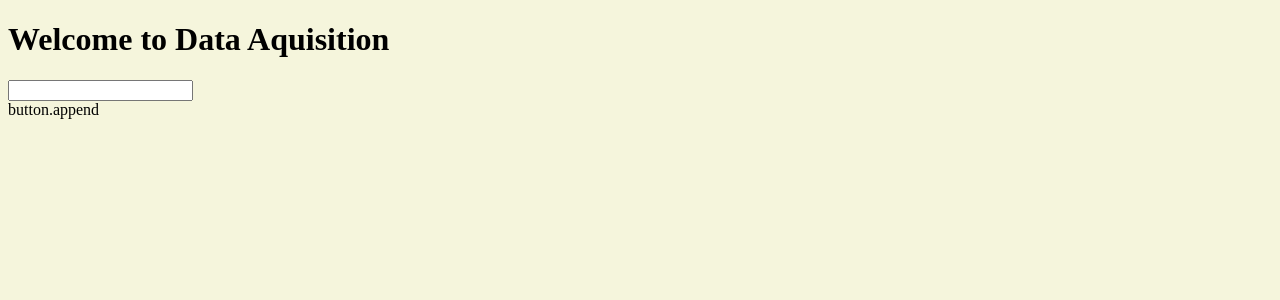
Repository: randy918/good-naked-beginning
Page: index.html
An editor plug-in stored every save of this project. The page is shown before and after a run of saves, followed by the edit.
The browser window is 1280 px wide. The pictures show the whole page.
The style sheet was rebuilt from its Sass, Less or Tailwind sources for each picture, by a compiler version that may differ from the author's.

Above is the page before, as saved 2023-01-01 14:59:35.

### index.html
<!DOCTYPE html>
<html lang="en">

    <head>
        <meta charset="UTF-8">
        <meta http-equiv="X-UA-Compatible" content="IE=edge">
        <meta name="viewport" content="width=device-width, initial-scale=1.0">
        <link rel="stylesheet" href="css/main.css" <script
            src="https://ajax.googleapis.com/ajax/libs/jquery/3.6.3/jquery.min.js" defer>

        <title>Movie App Esterling</title>
    </head>

    <body>

        <div class="container">
            <h1>Welcome to Data Aquisition</h1>

            <form>
                <div class="form-group">
                    <input type="text" id="inputValue">
                </div>

            </form>
        </div>
button.append
        <script src="js/key.js"></script>
        <script src="js/index.js"></script>

    </body>

</html>

<!-- ca1f26ba6eb2ba4fb641257b39d3bea7 -->

### js/key.js
const APIKEY = "ca1f26ba6eb2ba4fb641257b39d3bea7";

### js/index.js
//!  121822.0830        VARIABLES



//!  121822.0826        FUNCTIONS

const init = function () {
  main();
};


window.onload = function () {
    init();
};



//!  123122.1839        MAIN

const main = function () {

console.log('jhello');


};


//!  123122.1839        END

### css/main.scss
body {

background: beige;

}

After the next 10 saves:
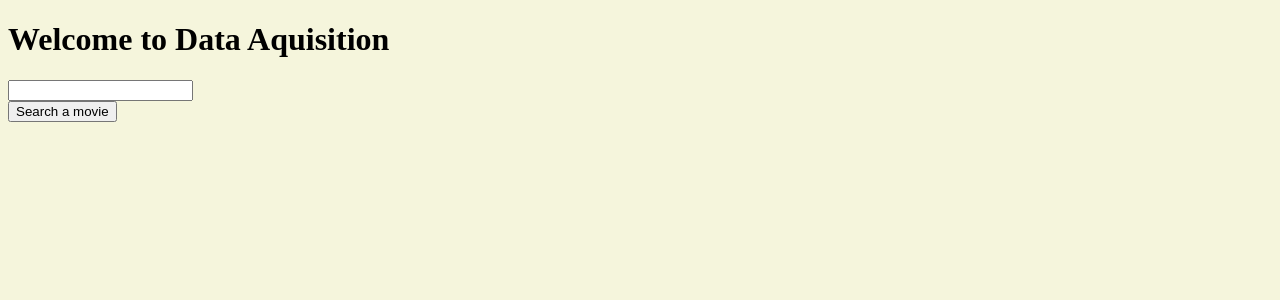
The 10 saves are shown as one change because they came seconds apart.
The last was saved 19 s later.
--- a/index.html
+++ b/index.html
@@ -23,7 +23,7 @@
 
             </form>
         </div>
-button.append
+<button>Search a movie
         <script src="js/key.js"></script>
         <script src="js/index.js"></script>
 
